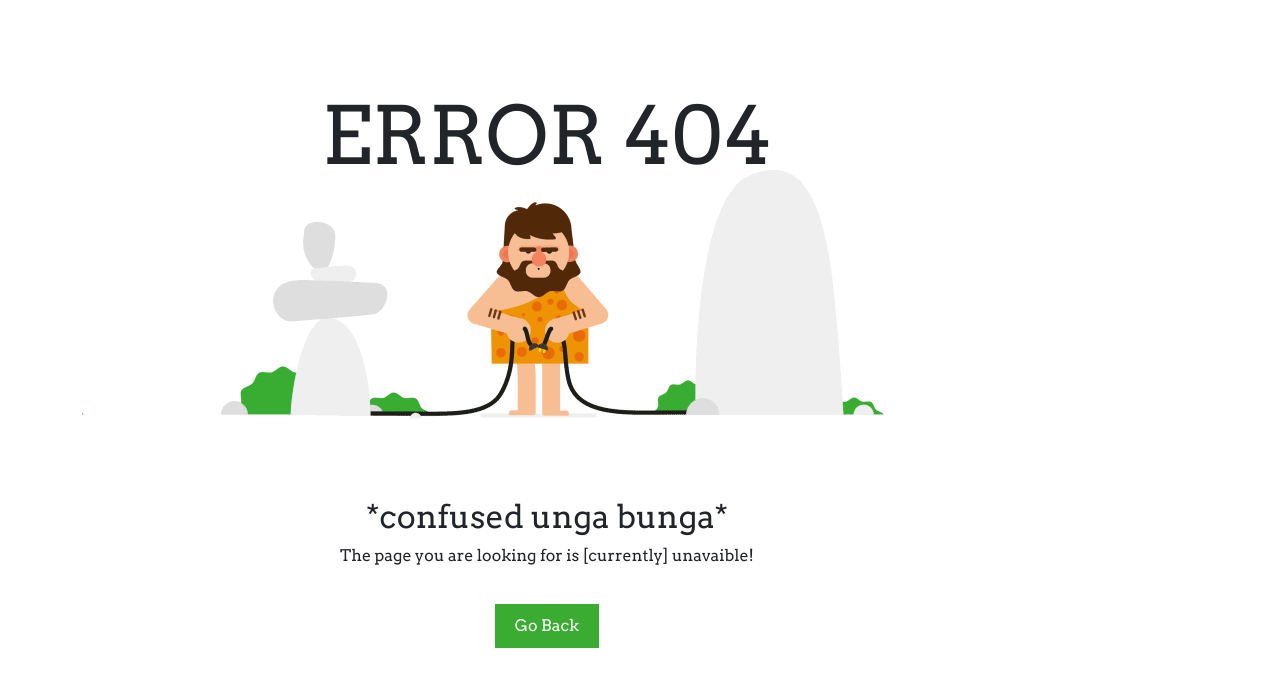
Repository: Delos-343/404-ERROR
Page: index.html
An editor plug-in stored every save of this project. The page is shown before and after the next save, followed by the edit.
The browser window is 1280 px wide. The pictures show the whole page.

Above is the page before, as saved 2022-04-23 16:22:44.

After the next save:
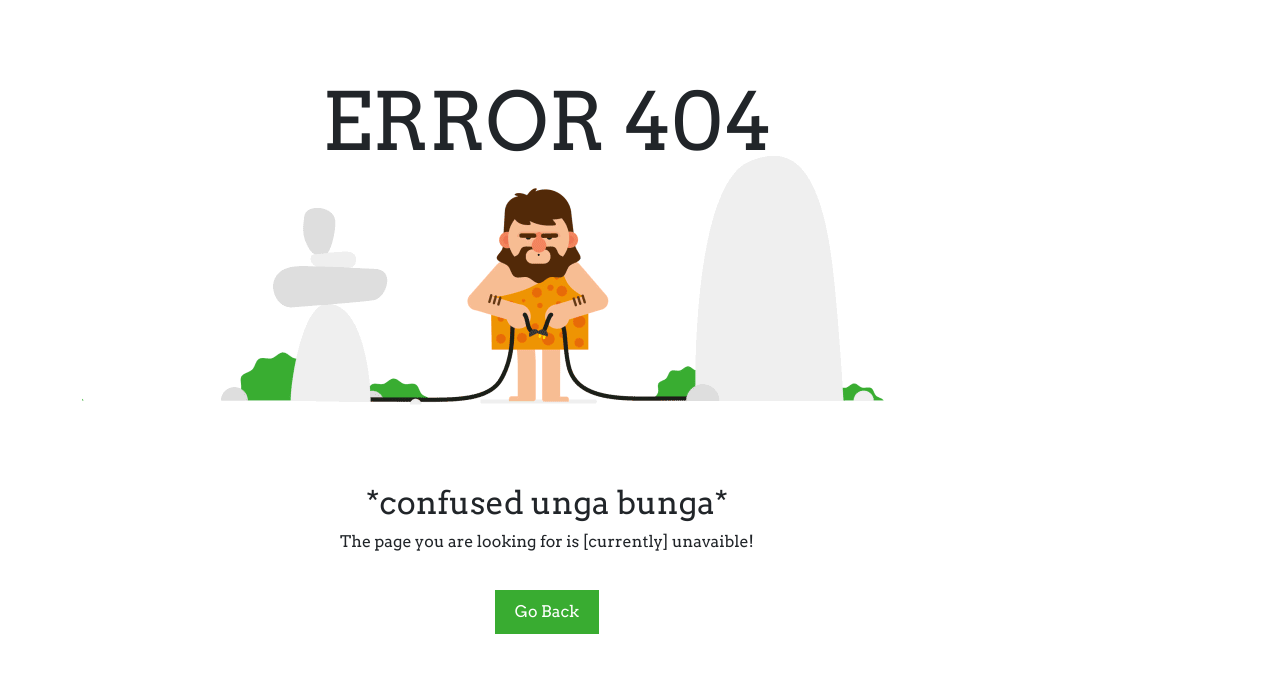
Saved 13 s later.
--- a/style.css
+++ b/style.css
@@ -1,5 +1,5 @@
 .page_404 {
-  padding: 40px 0;
+  padding: 2%;
   background: #fff;
   font-family: "Arvo", serif;
   display: grid;
